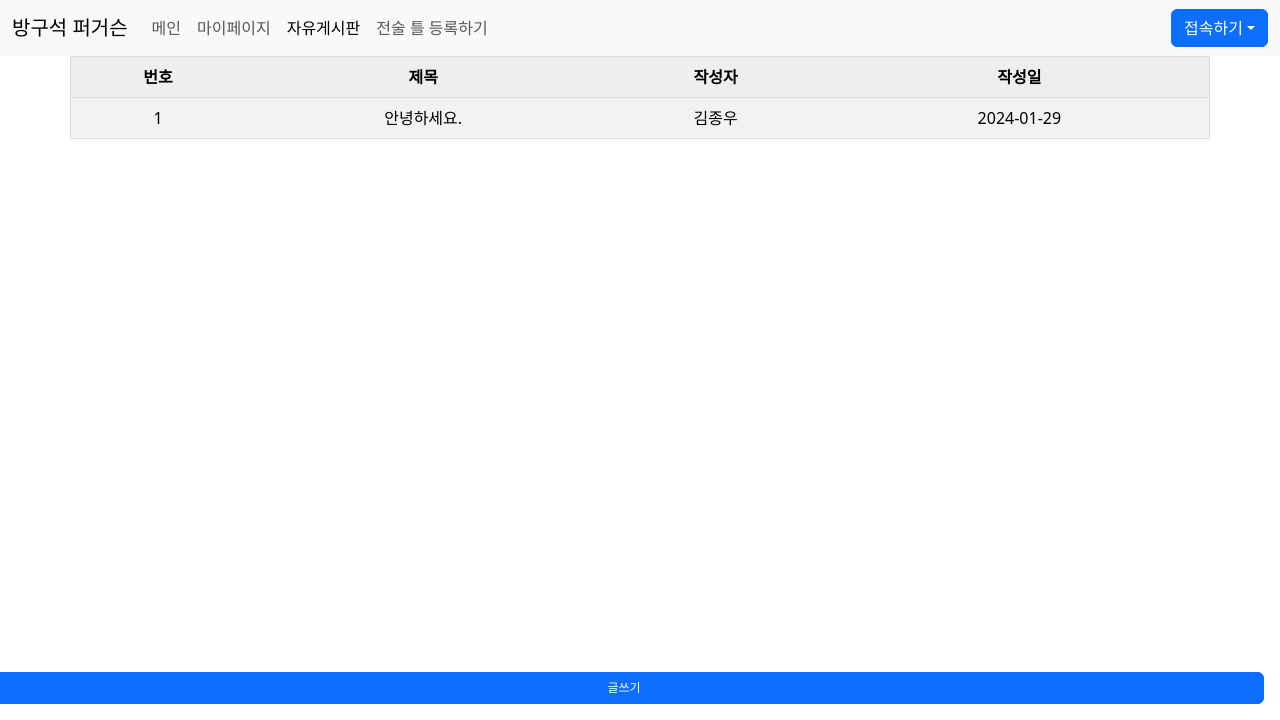
Repository: jiiiiiw/Spring-BBS
Page: http://localhost/BBS/bbs.jsp
These files come from the project's save history. The page is drawn as it stood at one moment and after the next save; the edit follows.
The browser window is 1280 px wide. The pictures show the whole page.
The page is served by Tomcat 9. Other server files are loaded and not shown.

Above is the page before, as saved 2024-01-29 01:16:09.

### BBS/src/main/webapp/bbs.jsp
<%@ page language="java" contentType="text/html; charset=UTF-8"
	pageEncoding="UTF-8"%>
<%@ page import="java.io.PrintWriter"%>
<!DOCTYPE html>
<html>
<head>
<meta charset="UTF-8">
<!-- 반응형 -->
<meta name="viewport" content="width=device-width" , initial-scale="1">
<!-- 정적 부트스트랩 참조 -->
<script src="js/bootstrap.js"></script>
<script src="js/bootstrap.bundle.js"></script>
<link href="css/bootstrap.css" rel="stylesheet">
<title>JSP 게시판 웹 사이트</title>
</head>
<body>
	<%
	String userID = null;
	if (session.getAttribute("userID") != null) {
		userID = (String) session.getAttribute("userID");
	}
	%>
	<nav class="navbar navbar-expand-lg navbar-light bg-light">
		<div class="container-fluid">
			<a class="navbar-brand" href="main.jsp">방구석 퍼거슨</a>

			<!-- 토글 버튼 -->
			<button class="navbar-toggler" type="button"
				data-bs-toggle="collapse" data-bs-target="#navbarSupportedContent"
				aria-controls="navbarSupportedContent" aria-expanded="false"
				aria-label="Toggle navigation">
				<span class="navbar-toggler-icon"></span>
			</button>

			<!-- Navbar 링크 및 폼 -->
			<div class="collapse navbar-collapse" id="navbarNav">
				<ul class="navbar-nav me-auto">
					<li class="nav-item"><a class="nav-link" href="main.jsp">메인</a></li>
					<li class="nav-item"><a class="nav-link" href="#">마이페이지</a></li>
					<li class="nav-item"><a class="active nav-link" href="bbs.jsp">자유게시판</a></li>
					<li class="nav-item"><a class="nav-link" href="#">전술 틀
							등록하기</a></li>
				</ul>
			</div>

			<%
			if (userID != null) {
			%>
			<div class="dropdown">
				<button class="btn btn-primary dropdown-toggle" type="button"
					id="dropdownMenuButton" data-bs-toggle="dropdown"
					aria-haspopup="true" aria-expanded="false">로그아웃</button>
				<div class="dropdown-menu" aria-labelledby="dropdownMenuButton">

					<a class="dropdown-item" href="logoutAction.jsp">로그아웃</a>
					<!-- 원하는 만큼 드롭다운 메뉴 항목 추가 -->
				</div>
			</div>
			<%
			} else {
			%>
			<div class="dropdown">
				<button class="btn btn-primary dropdown-toggle" type="button"
					id="dropdownMenuButton" data-bs-toggle="dropdown"
					aria-haspopup="true" aria-expanded="false">접속하기</button>
				<div class="dropdown-menu" aria-labelledby="dropdownMenuButton">

					<a class="dropdown-item" href="login.jsp">로그인</a> <a
						class="dropdown-item" href="join.jsp">회원가입</a>
					<!-- 원하는 만큼 드롭다운 메뉴 항목 추가 -->
				</div>
			</div>
			<%
			}
			%>
		</div>
	</nav>

	<style>
    /* 우측 하단에 버튼 고정 스타일 */
    .fixed-bottom-right {
      position: fixed;
      bottom: 16px;
      right: 16px;
    }

    /* 작은 버튼 스타일 */
    .small-btn {
      padding: 6px 12px;
      font-size: 12px;
    }
  </style>

	<div class="container">
		<div class="row">
			<table class="table table-striped" style="text-align: center; border: 1px solid #dddddd">
				<thead>
					<tr>
						<th style="background-color: #eeeeee; text-align: center;">번호</th>
						<th style="background-color: #eeeeee; text-align: center;">제목</th>
						<th style="background-color: #eeeeee; text-align: center;">작성자</th>
						<th style="background-color: #eeeeee; text-align: center;">작성일</th>
					</tr>
				</thead>
				<tbody>
					<tr>
						<td>1</td>
						<td>안녕하세요.</td>
						<td>김종우</td>
						<td>2024-01-29</td>
					</tr>
				</tbody>
			</table>
			<a href="write.jsp" class="btn btn-primary fixed-bottom-right small-btn">글쓰기</a>
		</div>
	</div>


</body>
</html>

Loaded but not shown: BBS/src/main/webapp/js/bootstrap.js (library); BBS/src/main/webapp/js/bootstrap.bundle.js (library); BBS/src/main/webapp/css/bootstrap.css (library)

After the next save:
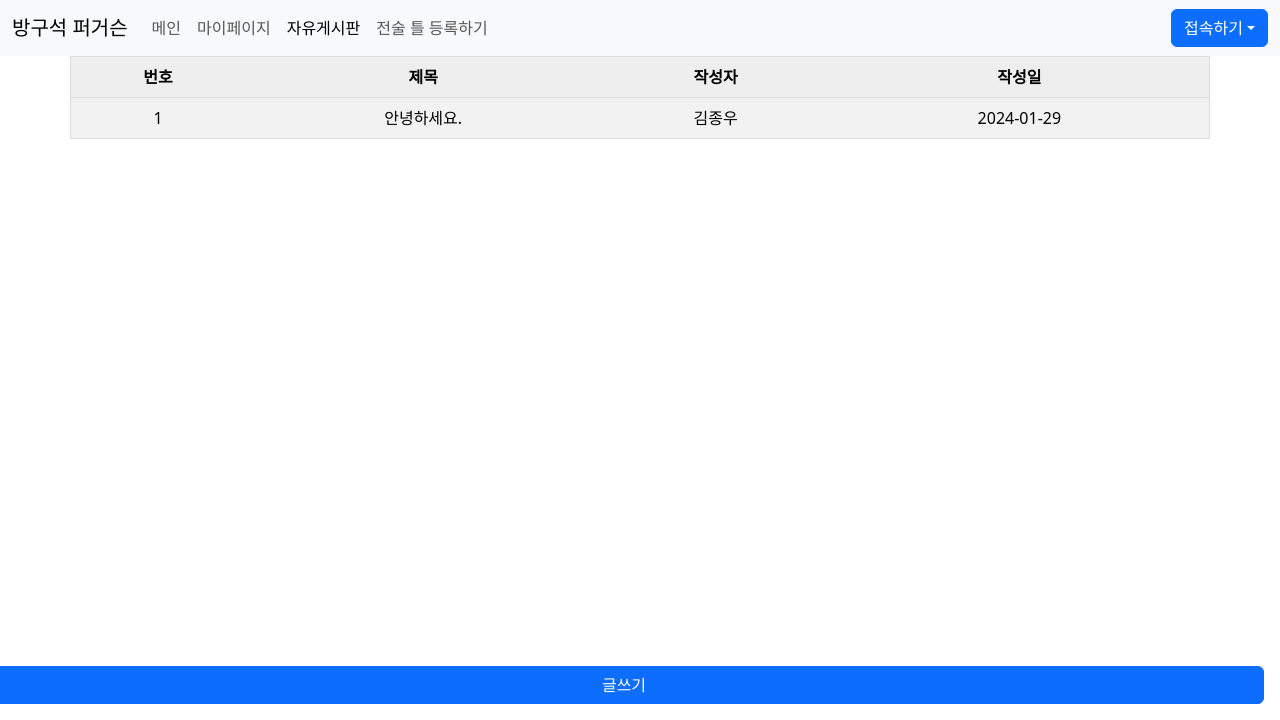
Saved 42 s later.
--- a/BBS/src/main/webapp/bbs.jsp
+++ b/BBS/src/main/webapp/bbs.jsp
@@ -111,7 +111,7 @@
 					</tr>
 				</tbody>
 			</table>
-			<a href="write.jsp" class="btn btn-primary fixed-bottom-right small-btn">글쓰기</a>
+			<a href="write.jsp" class="btn btn-primary fixed-bottom-right small-bt">글쓰기</a>
 		</div>
 	</div>
 

After the save that followed:
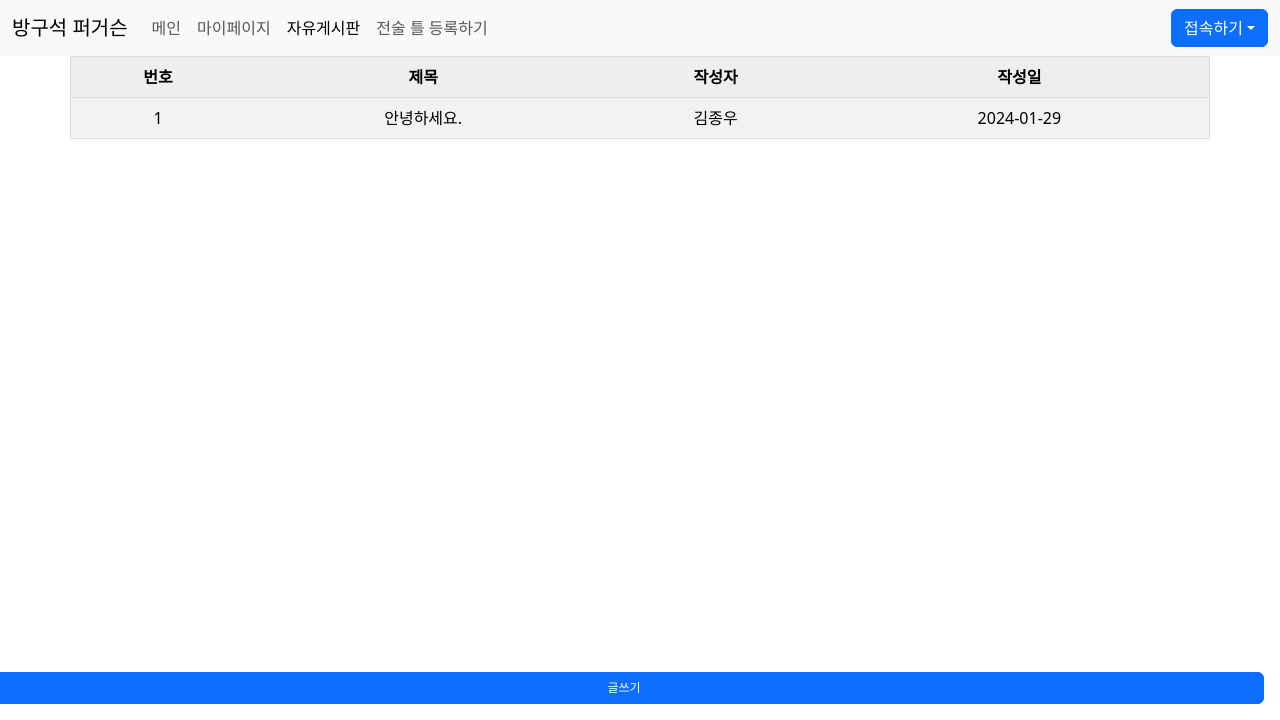
Saved 9 s later.
--- a/BBS/src/main/webapp/bbs.jsp
+++ b/BBS/src/main/webapp/bbs.jsp
@@ -111,7 +111,7 @@
 					</tr>
 				</tbody>
 			</table>
-			<a href="write.jsp" class="btn btn-primary fixed-bottom-right small-bt">글쓰기</a>
+			<a href="write.jsp" class="btn btn-primary fixed-bottom-right small-btn">글쓰기</a>
 		</div>
 	</div>
 
